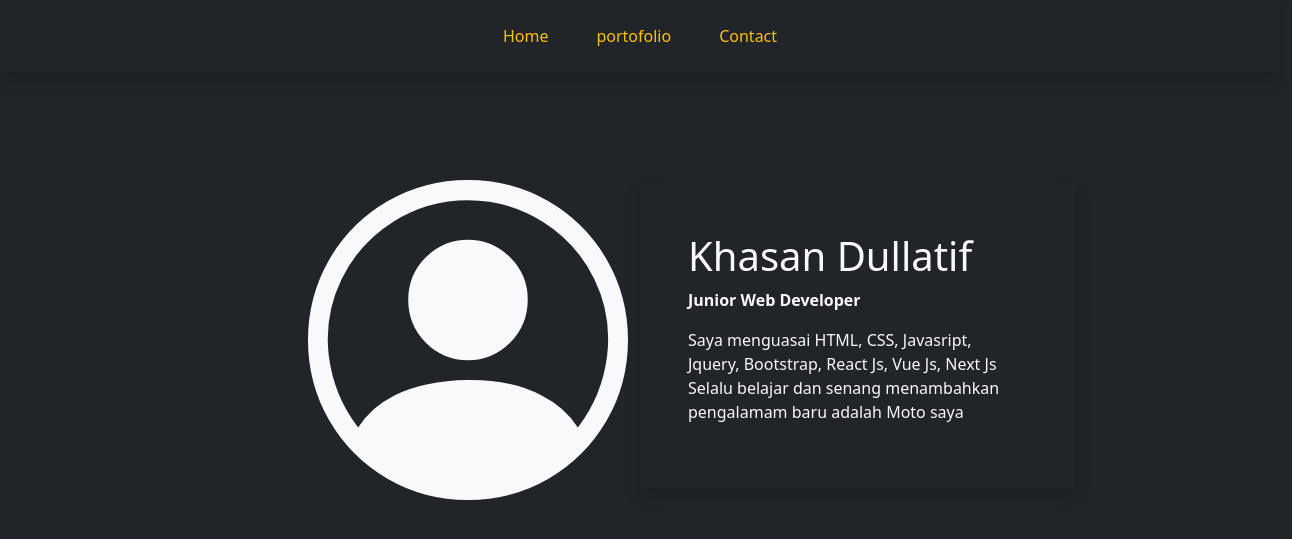
Repository: AHSANS354/MSIB5-Mini-Project
Page: http://localhost/admin/about.php
These files come from the project's save history. The page is drawn as it stood at one moment and after the next save; the edit follows.
The browser window is 1280 px wide. The page is 1292 px wide, so the pictures cover 1292 px, including what lies to the right of the window. The pictures show the whole page.
The page is run by PHP 8.4 with error messages shown; the project is at /var/www/html/.

Above is the page before, as saved 2023-10-04 23:25:50.

### admin/about.php
<!DOCTYPE html>
<html lang="en">
  <head>
    <meta charset="utf-8" />
    <meta name="viewport" content="width=device-width, initial-scale=1" />
    <title>Tugas PHP 1</title>
    <link href="https://cdn.jsdelivr.net/npm/bootstrap@5.3.2/dist/css/bootstrap.min.css" rel="stylesheet" integrity="sha384-T3c6CoIi6uLrA9TneNEoa7RxnatzjcDSCmG1MXxSR1GAsXEV/Dwwykc2MPK8M2HN" crossorigin="anonymous" />
    <link rel="stylesheet" href="https://cdn.jsdelivr.net/npm/bootstrap-icons@1.11.1/font/bootstrap-icons.css" />
  </head>
  <?php
  $home = 'Home';
  $porto = 'portofolio';
  $kontak = 'Contact';
  $nama = 'Khasan Dullatif';
  $pekerjaan = 'Junior Web Developer';
  $foter = 'Khasan Dullatif || 2023';
  $konten = "Saya menguasai HTML, CSS, Javasript, Jquery, Bootstrap, React Js, Vue Js, Next Js <br />
  Selalu belajar dan senang menambahkan pengalamam baru adalah Moto saya"
  ?>
  <body class="bg-dark">
    <div class="home">
      <div class="row">
        <ul class="nav fixed-top justify-content-center bg-dark p-3 gap-3 shadow">
          <li class="nav-item">
            <a class="nav-link text-warning" href="home.php"><?= $home?></a>
          </li>
          <li class="nav-item">
            <a class="nav-link text-warning" href="portofolio.php"><?= $porto ?></a>
          </li>
          <li class="nav-item">
            <a class="nav-link text-warning" href="contact.php"><?= $kontak ?></a>
          </li>
        </ul>
      </div>
      <div class="row mt-5 pt-5 d-flex align-items-center">
        <div class="col-6 d-flex justify-content-end">
          <i class="bi bi-person-circle text-light" style="font-size: 20rem"></i>
        </div>
        <div class="col-4 shadow p-5 text-light">
          <h1><?= $nama ?></h1>
          <p><strong><?= $pekerjaan ?></strong></p>
          <p>
            <?= $konten ?>
          </p>
        </div>
      </div>
    </div>
    <script src="https://cdn.jsdelivr.net/npm/bootstrap@5.3.2/dist/js/bootstrap.bundle.min.js" integrity="sha384-C6RzsynM9kWDrMNeT87bh95OGNyZPhcTNXj1NW7RuBCsyN/o0jlpcV8Qyq46cDfL" crossorigin="anonymous"></script>
  </body>
</html>

After the next save:
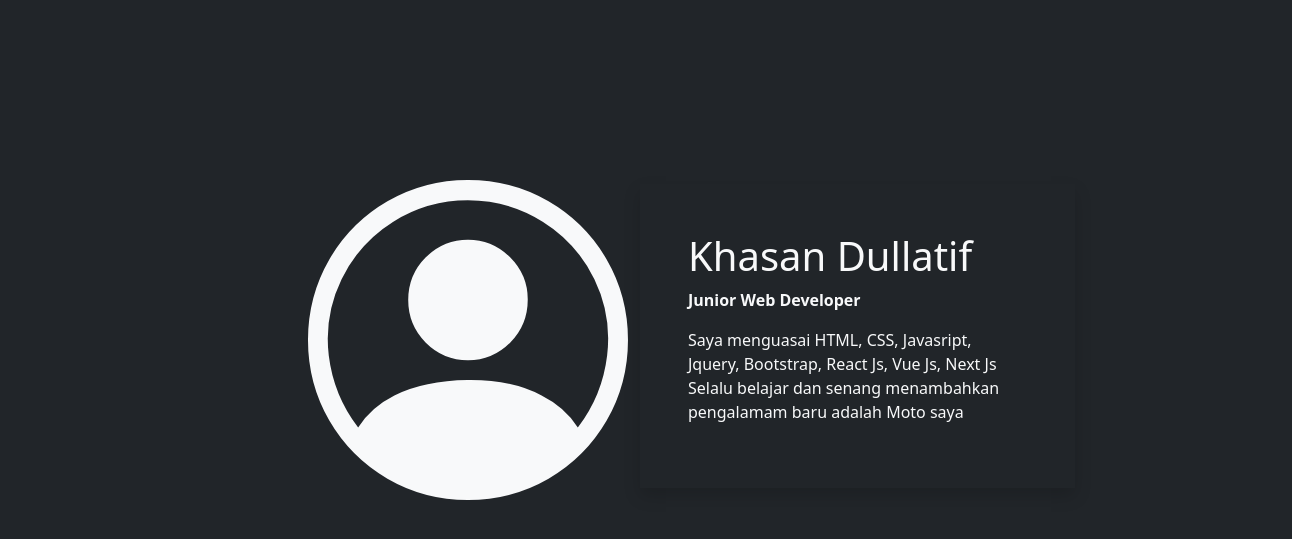
Saved 52 s later.
--- a/admin/about.php
+++ b/admin/about.php
@@ -19,19 +19,6 @@
   ?>
   <body class="bg-dark">
     <div class="home">
-      <div class="row">
-        <ul class="nav fixed-top justify-content-center bg-dark p-3 gap-3 shadow">
-          <li class="nav-item">
-            <a class="nav-link text-warning" href="home.php"><?= $home?></a>
-          </li>
-          <li class="nav-item">
-            <a class="nav-link text-warning" href="portofolio.php"><?= $porto ?></a>
-          </li>
-          <li class="nav-item">
-            <a class="nav-link text-warning" href="contact.php"><?= $kontak ?></a>
-          </li>
-        </ul>
-      </div>
       <div class="row mt-5 pt-5 d-flex align-items-center">
         <div class="col-6 d-flex justify-content-end">
           <i class="bi bi-person-circle text-light" style="font-size: 20rem"></i>
